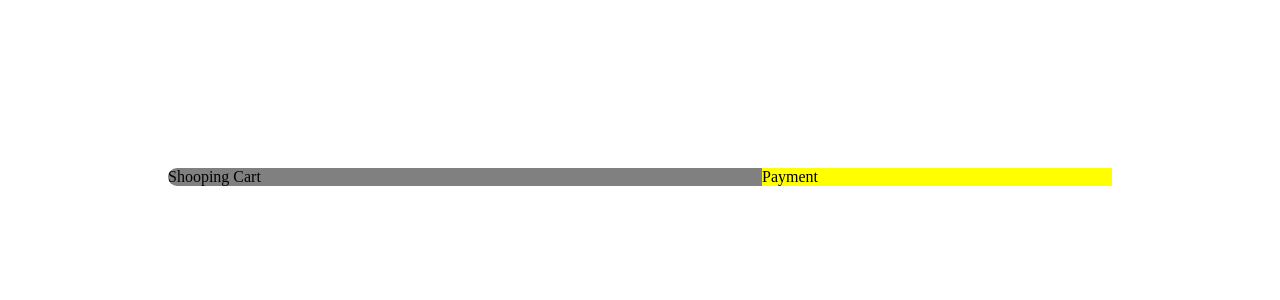
Repository: NDBaoFE/pizza-ordering-hiep
Page: /checkout
These files come from the project's save history. The page is drawn as it stood at one moment and after the next save; the edit follows.
The browser window is 1280 px wide. The pictures show the whole page.
The project was rebuilt for these pictures with package versions that can differ from the ones it lists, and the page was loaded fresh each time.

Above is the page before, as saved 2022-08-27 21:50:00.

After the next save:
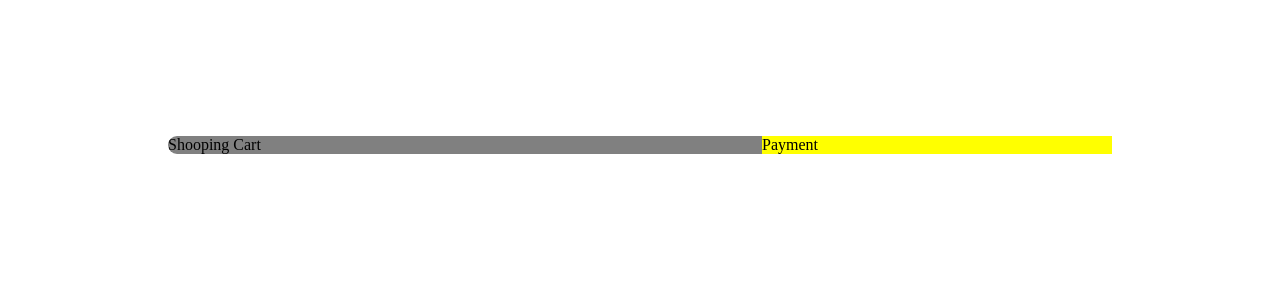
Saved 7 s later.
--- a/src/pages/Checkout/Checkout.styled.js
+++ b/src/pages/Checkout/Checkout.styled.js
@@ -1,7 +1,7 @@
 import styled from 'styled-components'
 
 export const Background = styled.div`
-  padding: 10rem;
+  padding: 8rem 10rem;
   display: flex;
 `
 export const Cart = styled.div`
